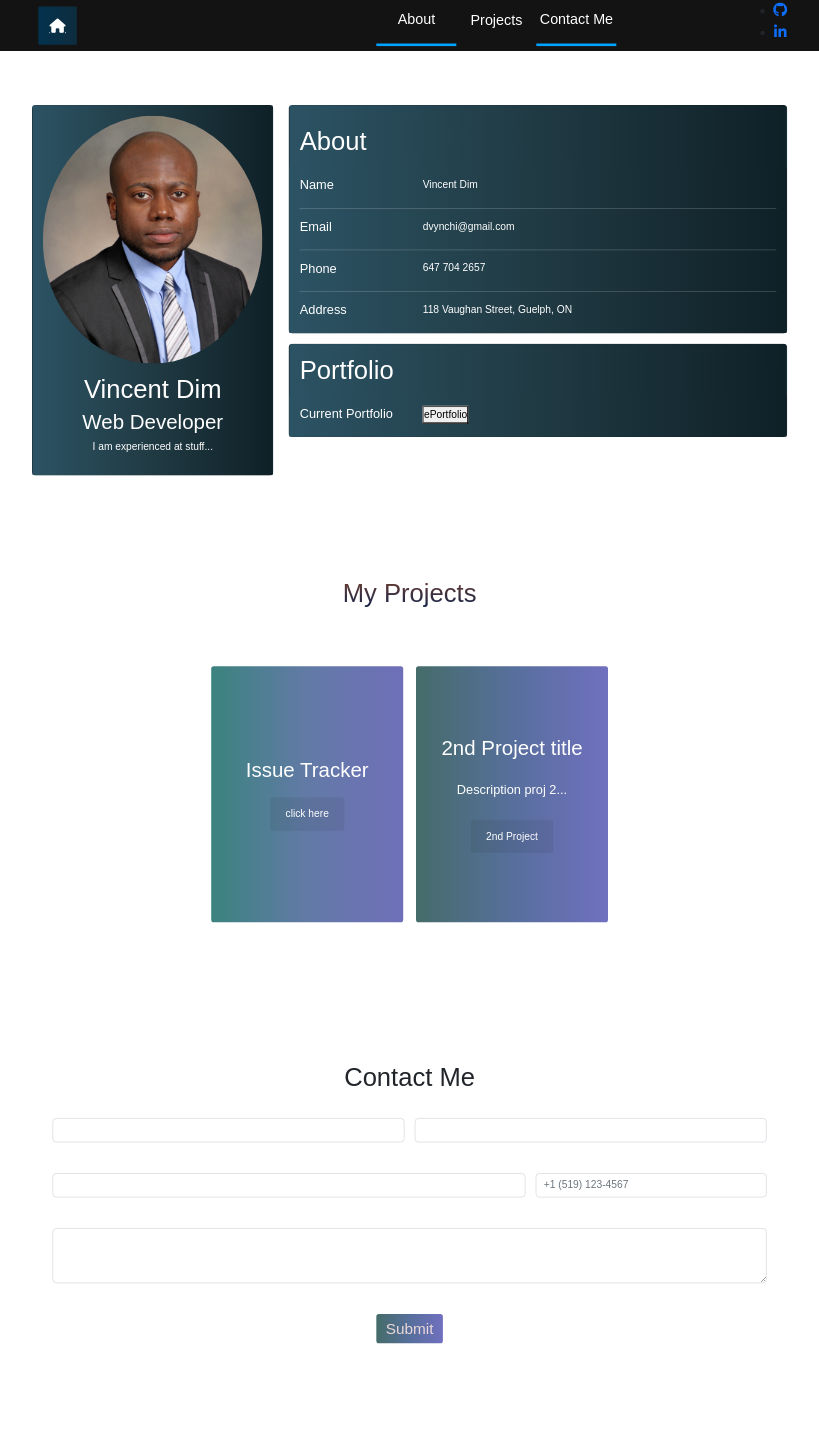
Repository: dvynchi/profile-2022
Page: index.html
The author's editor kept a copy of each file at every save. The page is drawn from the files as they stood at one save, then again after the next save.
The browser window is 1280 px wide. The pictures show the whole page, at 64% of full size.
Some web libraries are served in a nearby version.

Above is the page before, as saved 2022-08-22 21:30:34.

### index.html
<!DOCTYPE html>
<html lang="en">
<head>
    <meta charset="UTF-8">
    <meta http-equiv="X-UA-Compatible" content="IE=edge">
    <meta name="viewport" content="width=device-width, initial-scale=1.0">
    <title>Vincent Dim</title>
    <!-- embed remote icon library -->
    <script src="https://kit.fontawesome.com/f634dfbd28.js" crossorigin="anonymous"></script>
    <link rel="stylesheet" href="styles.css">
    <!-- embed remote style sheet - bootstrap -->
    <link rel="stylesheet" href="https://cdn.jsdelivr.net/npm/bootstrap@5.2.0/dist/css/bootstrap.min.css" rel="stylesheet" integrity="sha384-gH2yIJqKdNHPEq0n4Mqa/HGKIhSkIHeL5AyhkYV8i59U5AR6csBvApHHNl/vI1Bx" crossorigin="anonymous">
</head>

<body>

    <!-- Navbar Section -->

    <nav class="nav">
        <div class="navbar_container">
            <a href="#about" id="navbar_logo"><i class="fa fa-home fa" aria-hidden="true"></i></a>  <!--<a> is used to create hyperlink named color-->

                <!--create hamburger menu (3 bars)-->
            <div class="navbar_toggle" id="mobile-menu">
                <span class="bar"></span>
                <span class="bar"></span>
                <span class="bar"></span>
            </div>

            <!--CREATE NAV MENU-->
            <ul class="navbar_menu">
                <li class="navbar_item">
                    <a href="#about" class="navbar_links" id="about-page">About</a>
                </li>
                <li class="navbar_item">
                    <a href="#projects" class="navbar_links" id="projects-page">Projects</a>
                </li>
                <li class="navbar_item">
                    <a href="#contact" class="navbar_links" id="contact-page">Contact Me</a>
                </li>
            </ul>

            <!-- GitHub and Linkedin -->
            <ul class="icons">
                <li><a href="https://github.com/dvynchi/" class="github-icon"><span class="fa-brands fa-github"></span></a></li>
                <li><a href="#" class="linkedin-icon"><span class="fa-brands fa-linkedin-in"></span></a></li>
            </ul>
        </div>
    </nav>

    <!-- ABOUT and SIDEBAR -->
    <div class="main" id="about">
        <div class="main_container">
             <!-- SIDE BAR SECTION -->
             <div class="row">
                <div class="col-md-4 mt-1">
                    <div class="card text-center sidebar">
                        <div class="card-body">
                            <img src="./images/profile-pic-crop.png" class="rounded-circle" width="315" alt="profile picture">
                            <div class="mt-3">
                                <h3>Vincent Dim</h3>
                                <h2>Web Developer</h2>
                                <p>I am experienced at stuff...</p>
                            </div>
                        </div>
                    </div>
                </div>
                <!-- ABOUT SECTION -->
                <div class="col-md-8 mt-1">
                    <div class="card mb-3 content">
                        <h1 class="m-3 pt-3">About</h1>
                        <div class="card-body">
                            <div class="row">
                                <div class="col-md-3"><h5>Name</h5></div>
                                <div class="col-md-9"> Vincent Dim </div>
                            </div>
                            <hr> <!-- line break -->

                            <div class="row">
                                <div class="col-md-3"><h5>Email</h5></div>
                                <div class="col-md-9"> dvynchi@gmail.com</div>
                            </div>
                            <hr> <!-- line break -->

                            <div class="row">
                                <div class="col-md-3"><h5>Phone</h5></div>
                                <div class="col-md-9">647 704 2657</div>
                            </div>
                            <hr> <!-- line break -->

                            <div class="row">
                                <div class="col-md-3"><h5>Address</h5></div>
                                <div class="col-md-9">118 Vaughan Street, Guelph, ON</div>
                            </div>
                        </div>
                    </div>

                    <div class="card mb-3 content">
                        <h1 class="m-3">Portfolio</h1>
                        <div class="card-body">
                            <div class="row">
                                <div class="col-md-3">
                                    <h5>Current Portfolio</h5>
                                </div>
                                <div class="col-md-9">
                                    <button onclick="location.href='https://drive.google.com/file/d/1lG7DyS50_LphFxIRxCRd57uQMBSZkR4-/view?usp=sharing'" type="button">ePortfolio</button>
                                </div>
                            </div>
                        </div>
                    </div>
                </div>
            </div>
        </div>
    </div>


    <!-- PROJECTS SECTION (use image tag in place of p to insert an image)-->

    <div class="projects" id="projects">
        <h1>My Projects</h1>
        <div class="projects_wrapper">

            <div class="projects_card">
                <h2>Issue Tracker</h2>
                <!-- <p>Description proj 1...</p> -->
                <div class="projects_btn"><button onclick="location.href='https://dvynchi.github.io/issue-tracker/'" type="button">click here</button></div>
            </div>
            <!-- ------------------------- -->
            <div class="projects_card">
                <h2>2nd Project title</h2>
                <p>Description proj 2...</p>
                <div class="projects_btn"><button>2nd Project</button></div>
            </div>
            <!-- ------------------------- -->
            <!-- <div class="projects_card">
                <h2>3rd Project title</h2>
                <p>Description proj 3...</p>
                <div class="projects_btn"><button>3rd Project</button></div>
            </div> -->
            <!-- ------------------------- -->
            <!-- <div class="projects_card">
                <h2>4th Project title</h2>
                <p>Description proj 4...</p>
                <div class="projects_btn"><button>4th Project</button></div>
            </div> -->
        </div>
    </div>

    <!-- CONTACT SECTION (use image tag in place of p to insert an image)-->

    <div class="main" id="contact">
        <div class="main_container">
            <div class="main_content">
                <div class="container mt-5">
                    <h1>Contact Me</h1>
                    <!-- ----------- start grid (divide one row into cols) ----------->
                    <!-- ----------- Max container width is 12 ----------->
                    <!-- ----------- cols 1 + 2 = 100% , cols 3 + 4 = 100% ------->
                    <!-- ----------- 'required' ensures field must be filled --------->
                    <form class="row g-3" action="https://formsubmit.co/dvynchi@gmail.com" method="POST">

                        <!-- Honeypot -->
                        <input type="text" name="_honey" style="display: none">
                        <!-- Success Page -->
                        <input type="hidden" name="_next" value="https://dvynchi.github.io/profile-2022/success.html">

                        <!-----------col1--medium column of 50% (ie: 6/12)--------->
                        <div class="col-md-6">
                            <label for="firstName" class="form-label">First Name</label>
                            <input type="text" class="form-control"  name="name" id="firstName" required>
                        </div>

                        <div class="col-md-6">
                            <label for="lastName" class="form-label">Last Name</label>
                            <input type="text" class="form-control" name="Last Name" id="lastName" required>
                        </div>

                        <div class="col-md-8">
                            <label for="emailInfo" class="form-label">Email</label>
                            <input type="email" class="form-control" name="email" id="emailInfo" required>
                        </div>

                        <div class="col-md-4">
                            <label for="phoneNumber" class="form-label">Phone</label>
                            <input type="text" class="form-control" name="phone" id="phoneNumber" placeholder="+1 (519) 123-4567">
                        </div>
                        <!-- -------- comments box - full width of the container ------>
                        <div class="col-md-12">
                            <label for="message" class="form-label">Message</label>
                            <textarea class="form-control" id="message" name="message" rows="3" required></textarea>
                        </div>
                        <!-- -------- Button ------>
                        <div class="col-md-12">
                            <!-- <button class="submit" id="btn btn-primary">Submit</button> -->
                            <!-- Used <a> so hover effect doesn't cover text. -->
                            <button class="submit" id="btn btn-primary"><a> Submit</a></button>
                        </div>

                    </form>
                </div>
            </div>
        </div>
    </div>


    <!-- link app.js -->
    <!-- script tag is used to embed javascript-->
    <script src="app.js"></script>
</body>
</html>

### styles.css
* {
    box-sizing: border-box;
    margin: 0;
    padding: 0;
    font-family: 'Kumbh Sans', sans-serif;
    scroll-behavior: smooth;
}


/******************************************* NAV SECTION ***********************************************/
.nav {
    background: #131313;   /* Hex code */
    height: 80px;
    display: flex;
    justify-content: center;
    align-items: center;
    font-size: 1.4rem;        /* 1.4 * 16px */
    position: sticky;
    top: 0;
    z-index: 999;             /* so navbar is always on top when scrolling */
}

.navbar_container {
    display: flex;
    justify-content: space-between;
    text-align: center;
    height: 80px;
    z-index: 1;
    width: 100%;
    max-width: 1300px;
    margin: 0 auto ;           /* (top and bottom) (left and right) */
    padding: 0 50px;
}


/* id(#) is used to style only one element on the webpage */
/* class(.) is used to style multiple elements */


/* I added an icon as opposed to text */

#navbar_logo {
    margin: 10px;
    height: 60px;
    width: 60px;
    border-radius: 2px;
    display: flex;
    flex-direction: column;
    justify-content: center;
    color: #fff;
    background-image: linear-gradient(to right, #03324e 0%, #0e2d3e 100%);
}

.navbar_menu {
    display: flex;
    align-items: center;
    list-style: none;
}

.navbar_item {
    height: 80px;
}

.navbar_links {
    color: #fff;
    display: flex;
    align-items: center;
    justify-content: center;
    width: 125px;
    text-decoration: none;
    height: 100%;
    transition: all 0.3s ease;
}

/*Home icon properties*/
.navbar_btn {
    display: flex;
    justify-content: center;
    align-items: center;
    padding: 0 1rem;                         /* top bottom, left right */
    width: 100%;
}

/* nav links glow upon hover */
.navbar_links:hover {
    color:#1176b9;
    transition: all 0.3s ease;
}

/* RESPONSIVENESS */
/* site adjusts width of display */
/* If [device width] is less than or equal to max-width do {..} */

@media screen and (max-width: 960px) {
    .navbar_container {
        display: flex;
        justify-content: space-between;
        height: 80px;
        z-index: 1;
        width: 100%;
        max-width: 1300px;
        padding: 0;
    }

    /* DROPDOWN PROPERTIES */
    .navbar_menu {
        display: grid;
        grid-template-columns: auto;
        margin: 0;
        width: 100%;
        position: absolute;
        top: -1000px;               /* Prevents navbar from clustering together if page is below max-width. Must be used with position absolute */
        opacity: 1;
        transition: all 0.5s ease;
        z-index: -1;
    }

    .navbar_menu.active {
        background: #131313;
        top: 100%;
        opacity: 1;
        transition: all 0.5s ease;
        z-index: 99;
        height: 40vh;
        font-size: 1.6rem;
    }

    #navbar_logo {
        padding-left: 1px;       /* original padding was 25px */
    }

    /* HAMBURGER SECTION */

    .navbar_toggle .bar {
        width: 25px;
        height: 3px;
        margin: 5px auto;
        transition: all 0.3s ease-in-out;
        background: #fff;
    }

    .navbar_item {
        width: 100%;
    }

    .navbar_links {
        text-align: center;
        padding: 2rem;
        width: 100%;
        display: table;
    }

    .navbar_btn  {
        padding-bottom: 2rem;
    }

    /* HAMBURGER */

    #mobile-menu  {
        position: absolute;
        top: 20%;
        right: 5%;
        transform: translate(5%, 20%);
    }

    .navbar_toggle .bar {
        display: block;
        cursor: pointer;
    }

    /* hamburger menu animation (see app.js) */
    /* hamburger menu id was defined as 'mobile-menu' in index.html */
    /* rotate bars 1,3; but hide bar 2 */

    #mobile-menu.is-active .bar:nth-child(2)  {
        opacity: 0;
    }
    #mobile-menu.is-active .bar:nth-child(1) {
        transform: translateY(8px) rotate(45deg);
    }
    #mobile-menu.is-active .bar:nth-child(3) {
        transform: translateY(-8px) rotate(-45deg);
    }

}


/* SCROLL ATTRIBUTE - line under nav links*/
.highlight {
    border-bottom: 4px solid rgb(0, 162, 255);
}


/******************************************* SIDEBAR ***********************************************/

.card-body {
    background: #0F2027;
    background: -webkit-linear-gradient(to right, #2C5364, #203A43, #0F2027);
    background: linear-gradient(to right, #2C5364, #203A43, #0F2027);
    height: 100%;
}

.card-body h2, .card-body h3, .card-body p {
    color: #fff;
}

/******************************************* ABOUT SECTION ***********************************************/

.main {
    background-color:  white;
    padding: 5rem 0;                        /* was 10rem, but too much space */
}

.main_container {
    display: grid;
    grid-template-columns: 1fr;      /*original was 1fr 1fr - split into two halves but not enough space */
    align-items: center;
    justify-content: center;
    margin: 0 auto;
    height: 90%;
    z-index: 1;
    width: 100%;
    max-width: 1300px;
    padding: 0 50px;
}

.main_container h3 {
    font-size: 2.5rem;
}

.row {
    color: #fff;
}

.card {
    background: -webkit-linear-gradient(to right, #2C5364, #203A43, #0F2027);
    background: linear-gradient(to right, #2C5364, #203A43, #0F2027);
}


/* Mobile Responsiveness for Sidebar, About and Contact Sections */

@media screen and (max-width: 1300px) {
    main_container
    {
        display: grid;
        grid-template-columns: 1fr;
        align-items: center;
        justify-content: center;
        width: 100%;
        margin: 0 auto;
        height: 90%;
    }

    .main_content  {
        text-align: center;
        margin-bottom: 4rem;
    }

    .main_content h1  {
        font-size: 2.5rem;
        margin-top: 2rem;
    }

    .main_content h2  {
        font-size: 2.5rem;
    }

    .main_content p  {
        font-size: 1rem;
        margin-top: 1.5rem;
    }

    .row img {                                       /* center image with screen change */
        display: grid;
        grid-template-columns: 1fr;
        align-items: center;
        justify-content: center;
        width: 100%;
        margin: 0 auto;
        height: 90%;

    }
}


/******************************************* PROJECTS SECTION ***********************************************/

.projects {
    background: white;
    display: flex;
    flex-direction: column;
    justify-content: center;
    align-items: center;
    height: 100%;
    padding: 5rem 0;                                 /* was 10rem, but too much space */
  }

.projects h1 {
    background-color: #6325a1;
    background-image: linear-gradient(to top, #10234c 0%, #724030 100%);
    background-size: 100%;
    -webkit-background-clip: text;
    -moz-background-clip: text;
    -webkit-text-fill-color: transparent;
    -moz-text-fill-color: transparent;
    margin-bottom: 5rem;
    font-size: 2.5rem;
}

.projects_wrapper {
    display: grid;
    grid-template-columns: 1fr 1fr;     /* add more per new project */
    grid-template-rows: 1fr;
}

/* Add color to each project card */

.projects_card {
    margin: 10px;
    height: 400px;
    width: 300px;
    border-radius: 4px;
    display: flex;
    flex-direction: column;
    justify-content: center;
    color: #fff;
    background-image: linear-gradient(to right,#3b837e, #627aa6, #6f6fb9);
    transition: 0.3s ease-in;
}

.projects_card:nth-child(2) {
    background: #7F7FD5;  /* fallback for old browsers */
    background: -webkit-linear-gradient(to right, #3b837e, #627aa6, #6f6fb9);
    background: linear-gradient(to right, #456c69, #576f9c, #7070bf);
}

.projects_card:nth-child(3) {
    background: #7F7FD5;  /* fallback for old browsers */
    background: -webkit-linear-gradient(to right, #3b837e, #627aa6, #6f6fb9);
    background: linear-gradient(to right, #456c69, #576f9c, #7070bf);
}

.projects_card:nth-child(4) {
    background: #7F7FD5;
    background: -webkit-linear-gradient(to right, #3b837e, #627aa6, #6f6fb9);
    background: linear-gradient(to right, #456c69, #576f9c, #7070bf);
}

.projects_card:nth-child(5) {
    background: #7F7FD5;
    background: -webkit-linear-gradient(to right, #3b837e, #627aa6, #6f6fb9);
    background: linear-gradient(to right, #456c69, #576f9c, #7070bf);
}

.projects_card:nth-child(6) {
    background: #7F7FD5;
    background: -webkit-linear-gradient(to right, #3b837e, #627aa6, #6f6fb9);
    background: linear-gradient(to right, #456c69, #576f9c, #7070bf);
}

.projects_card h2 {
    text-align: center;
}

.projects_card h3 {
    text-align: center;
}

.projects_card p {
    text-align: center;
    margin-top: 24px;
    font-size: 20px;
}

.projects_btn {
    display: flex;
    justify-content: center;
    margin-top: 16px;
}

/* button properties and animation. The entire card is the button */

.projects_card button {
    color: #fff;
    padding: 14px 24px;
    border: none;
    outline: none;
    border-radius: 4px;
    background: #13131313;
    font-size: 1rem;
}

.projects_card button:hover {
    cursor: pointer;
}

.projects_card:hover {
    transform: scale(1.075);
    transition: 0.3s ease-in;
    cursor: pointer;
}

/* split cards into grid at specified browser width */

@media screen and (max-width: 1300px) {
    .projects_wrapper {
        grid-template-columns: 1fr 1fr;
    }
}

@media screen and (max-width: 768px) {
    .projects_wrapper {
        grid-template-columns: 1fr;
    }
}

/******************************************* CONTACT SECTION ***********************************************/


.main_content {
    text-align: center;
    margin-bottom: 4rem;
}

.main_content h1 {
    font-size: 2.5rem;
    margin-top: 2rem;
}

.main_content h2 {
    font-size: 2.5rem;
}

.main_content p {
    font-size: 1rem;
    margin-top: 1.5rem;
}


.submit {
    font-size: 1.5rem;
    background: #7F7FD5;
    background: -webkit-linear-gradient(to right, #3b837e, #627aa6, #6f6fb9);
    background: linear-gradient(to right, #456c69, #576f9c, #7070bf);
    padding: 5px 15px;
    border: none;
    outline: none;
    border-radius: 4px;
    margin-top: 2rem;
    cursor: pointer;
    position: relative;
    color: rgb(234, 216, 216);
    transition: all 0.3s ease;
    outline: none;
}

.submit a {
    position: relative;
    z-index: 2;
    color: #fff;
    text-decoration: none;
}

/* hover effect for button */
.submit::after {
    position: absolute;
    content: '';
    top: 0;
    left: 0;
    width: 0;
    height: 100%;
    background: #740274;
    transition: all 0.35s;
    border-radius: 4px;
}

.submit:hover {
    color: rgb(255, 255, 255);
}

.submit:hover:after {
    width: 100%;
}

### app.js
const ham = document.querySelector('#mobile-menu');
const hamLinks = document.querySelector('.navbar_menu');
// const navLogo = document.querySelector('#navbar_logo')

/* display mobile menu using arrow function */
/* toggle the "is-active" class made in css */

const mobileMenu = () =>
{
    ham.classList.toggle('is-active');
    hamLinks.classList.toggle('active');
};

/* Run hamMenu function upon click */
ham.addEventListener('click', mobileMenu);




/************************************* Unnecessary ****************************************************** */


/* Show active menu when scrolling - Auto switch navbar when scrolling */

const highlightMenu = () =>
{
    const elem = document.querySelector('.highlight')
    const homeMenu = document.querySelector('#about-page')
    const aboutMenu = document.querySelector('#projects-page')
    const contactMenu = document.querySelector('#contact-page')

    let scrollPos = window.scrollY

      //   Add highlights class to menu items [desktop view only i.e 960px]
      //   Every 600px while scrolling, the tabs auto switch to the corresponding page
    if (window.innerWidth > 960 && scrollPos < 600)
    {
        homeMenu.classList.add('highlight')
        aboutMenu.classList.remove('highlight')
        return;
    }
    else if (window.innerWidth > 960 && scrollPos < 1400)
    {
        aboutMenu.classList.add('highlight')
        homeMenu.classList.remove('highlight')
        contactMenu.classList.remove('highlight')
        return;
    }
    else if (window.innerWidth > 960 && scrollPos < 2345)
    {
        contactMenu.classList.add('highlight')
        aboutMenu.classList.remove('highlight')
        return;
    }

    if ((elem && window.innerWidth < 960 && scrollPos < 600) || elem)
    {
        elem.classList.remove('highlight')
    }

}

// call highlightMenu
window.addEventListener('scroll', highlightMenu);
window.addEventListener('click', highlightMenu);

After the next save:
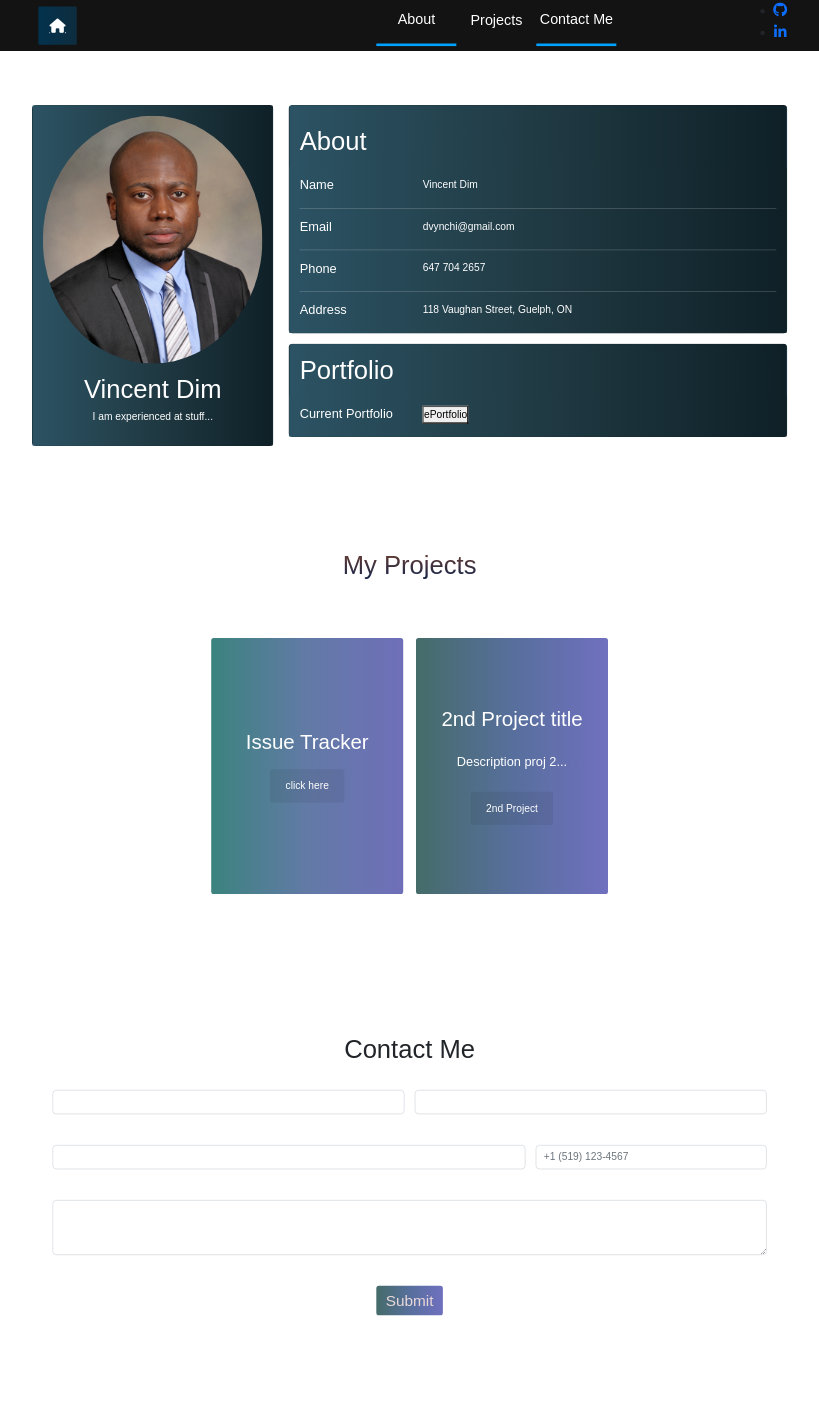
Saved 9 min 1 s later.
--- a/index.html
+++ b/index.html
@@ -59,7 +59,7 @@
                             <img src="./images/profile-pic-crop.png" class="rounded-circle" width="315" alt="profile picture">
                             <div class="mt-3">
                                 <h3>Vincent Dim</h3>
-                                <h2>Web Developer</h2>
+                                <!-- <h2>Web Developer</h2> -->
                                 <p>I am experienced at stuff...</p>
                             </div>
                         </div>
